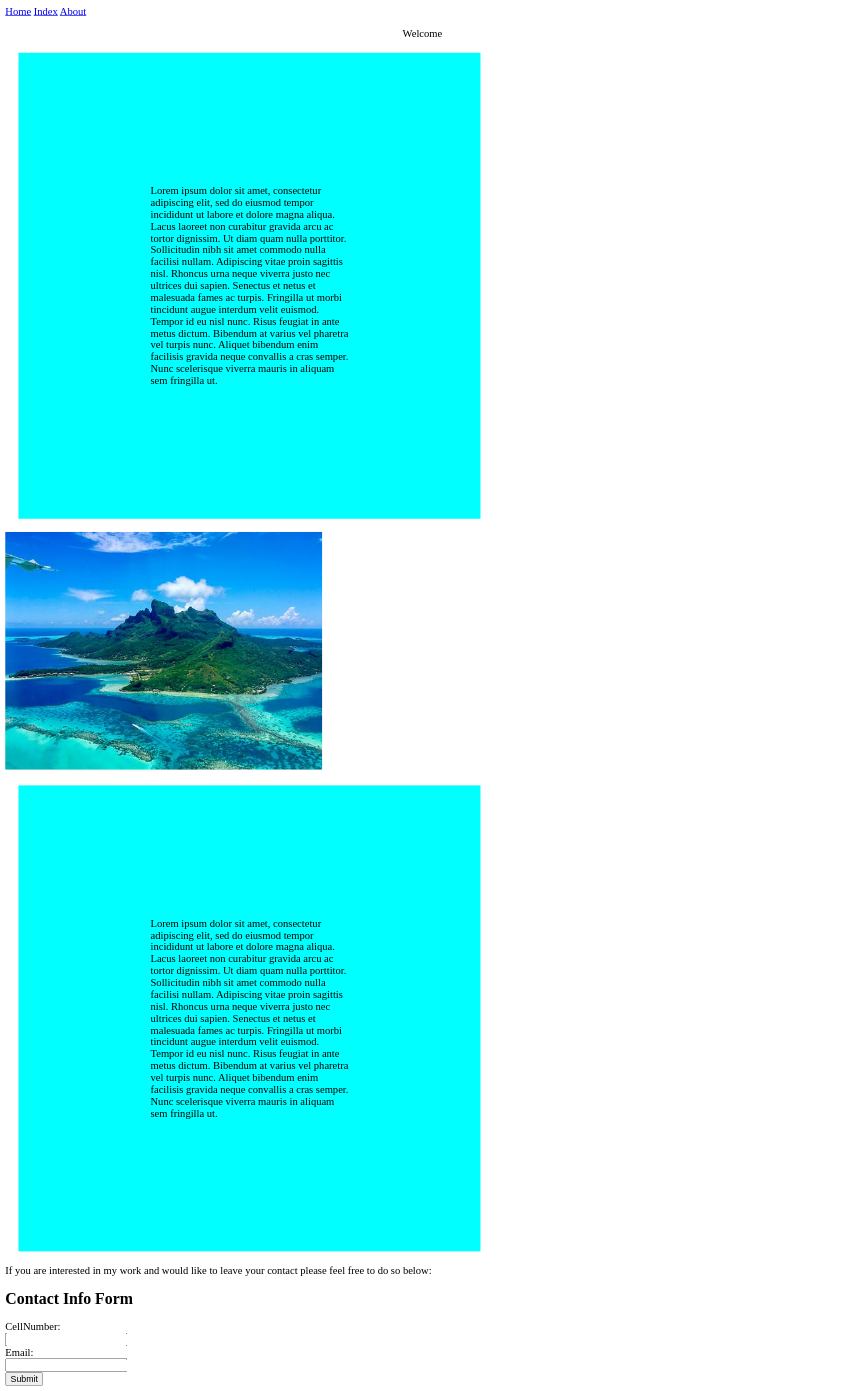
Repository: Melinda-Nanjad-Personal-Website/Personal-web
Page: about.html
The author's editor kept a copy of each file at every save. The page is drawn from the files as they stood at one save, then again after the next save.
The browser window is 1280 px wide. The pictures show the whole page, at 66% of full size.

Above is the page before, as saved 2023-07-26 20:37:34.

### about.html
<!DOCTYPE html>
<html lang="en">
<head>
    <meta charset="UTF-8">
    <meta name="viewport" content="width=device-width, initial-scale=1.0">
    <title>Personal Website</title>
</head>
<style>
div {
background-color:aqua;
width: 300px;
border:20px darkorange;
padding: 200px;
margin: 20px;
}

<header>
    <center>
        <h1>My Personal Website</h1>
        <h2>About me</h2>
    </center>

</header>


   </style>
<nav>
    <a class="active" href="/home.html">Home</a>
    <a class="active" href="/Index.html">Index</a>
    <a class="active" href="/about.html">About</a>

        </nav>

     <center><p>Welcome</p></center>
        <div>Lorem ipsum dolor sit amet, consectetur adipiscing elit, sed do eiusmod tempor incididunt ut labore et dolore magna aliqua. Lacus laoreet non curabitur gravida arcu ac tortor dignissim. Ut diam quam nulla porttitor. Sollicitudin nibh sit amet commodo nulla facilisi nullam. Adipiscing vitae proin sagittis nisl. Rhoncus urna neque viverra justo nec ultrices dui sapien. Senectus et netus et malesuada fames ac turpis. Fringilla ut morbi tincidunt augue interdum velit euismod. Tempor id eu nisl nunc. Risus feugiat in ante metus dictum. Bibendum at varius vel pharetra vel turpis nunc. Aliquet bibendum enim facilisis gravida neque convallis a cras semper. Nunc scelerisque viverra mauris in aliquam sem fringilla ut.</div>


<body>

 <img src="island.jpeg" href="photo of island"
 <br>

    <div>Lorem ipsum dolor sit amet, consectetur adipiscing elit, sed do eiusmod tempor incididunt ut labore et dolore magna aliqua. Lacus laoreet non curabitur gravida arcu ac tortor dignissim. Ut diam quam nulla porttitor. Sollicitudin nibh sit amet commodo nulla facilisi nullam. Adipiscing vitae proin sagittis nisl. Rhoncus urna neque viverra justo nec ultrices dui sapien. Senectus et netus et malesuada fames ac turpis. Fringilla ut morbi tincidunt augue interdum velit euismod. Tempor id eu nisl nunc. Risus feugiat in ante metus dictum. Bibendum at varius vel pharetra vel turpis nunc. Aliquet bibendum enim facilisis gravida neque convallis a cras semper. Nunc scelerisque viverra mauris in aliquam sem fringilla ut.</div>

<p>If you are interested in my work and would like to leave your contact please feel free to do so below:</p>
<aarticle>
    <h2>Contact Info Form</h2>
    <!--Name and email for potentional Clients-->
    <form>
    <label for="cellNumber">CellNumber:</label><br>
    <input type="number" id="cellNumber" name="cellnumber" /><br />

<label for="email">Email:</label><br/>
<input type="email" id="email" name="email"/><br/>

    <input type="Submit" value="Submit"
    </form>



    </aarticle>
    </body>
</html>

After the next save:
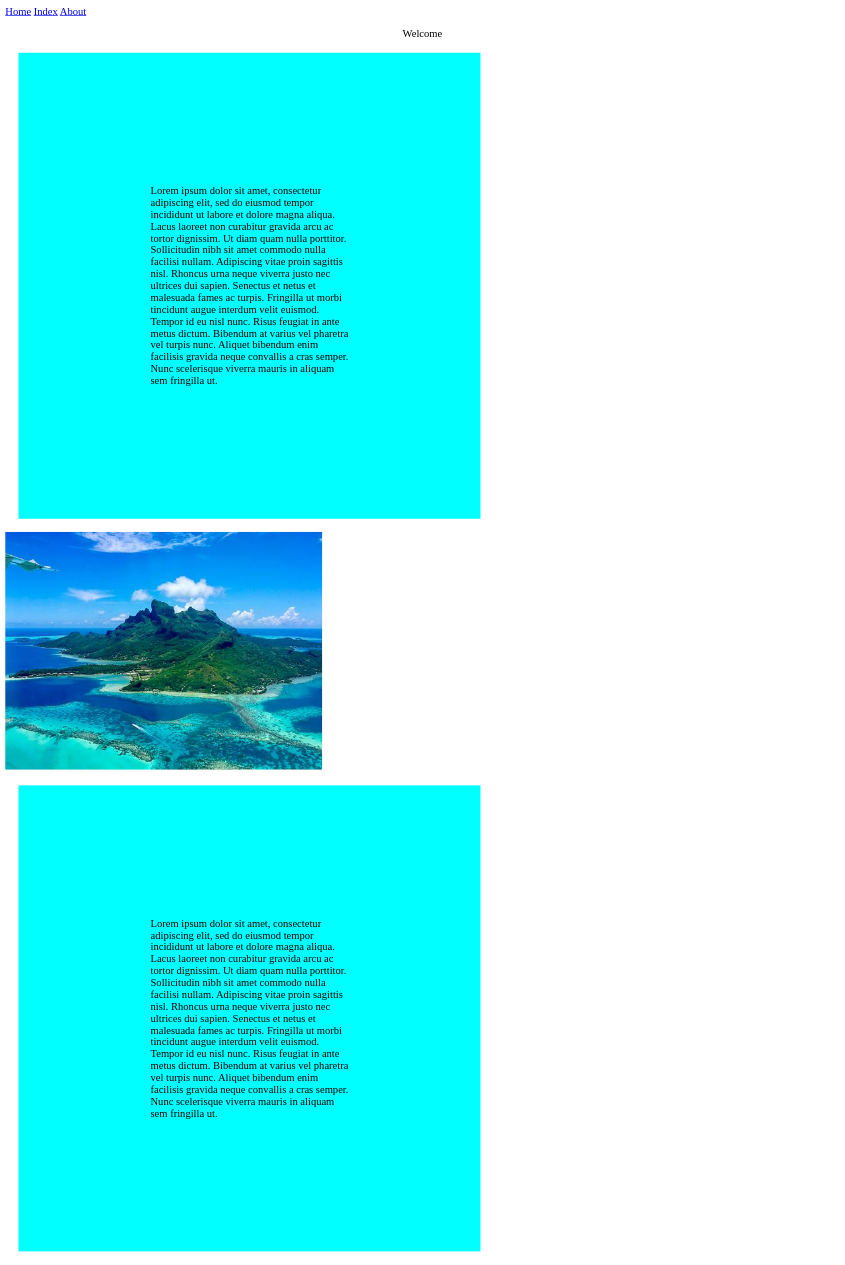
Saved 20 min 56 s later.
--- a/about.html
+++ b/about.html
@@ -42,22 +42,6 @@ margin: 20px;
 
     <div>Lorem ipsum dolor sit amet, consectetur adipiscing elit, sed do eiusmod tempor incididunt ut labore et dolore magna aliqua. Lacus laoreet non curabitur gravida arcu ac tortor dignissim. Ut diam quam nulla porttitor. Sollicitudin nibh sit amet commodo nulla facilisi nullam. Adipiscing vitae proin sagittis nisl. Rhoncus urna neque viverra justo nec ultrices dui sapien. Senectus et netus et malesuada fames ac turpis. Fringilla ut morbi tincidunt augue interdum velit euismod. Tempor id eu nisl nunc. Risus feugiat in ante metus dictum. Bibendum at varius vel pharetra vel turpis nunc. Aliquet bibendum enim facilisis gravida neque convallis a cras semper. Nunc scelerisque viverra mauris in aliquam sem fringilla ut.</div>
 
-<p>If you are interested in my work and would like to leave your contact please feel free to do so below:</p>
-<aarticle>
-    <h2>Contact Info Form</h2>
-    <!--Name and email for potentional Clients-->
-    <form>
-    <label for="cellNumber">CellNumber:</label><br>
-    <input type="number" id="cellNumber" name="cellnumber" /><br />
 
-<label for="email">Email:</label><br/>
-<input type="email" id="email" name="email"/><br/>
-
-    <input type="Submit" value="Submit"
-    </form>
-
-
-
-    </aarticle>
     </body>
 </html>
